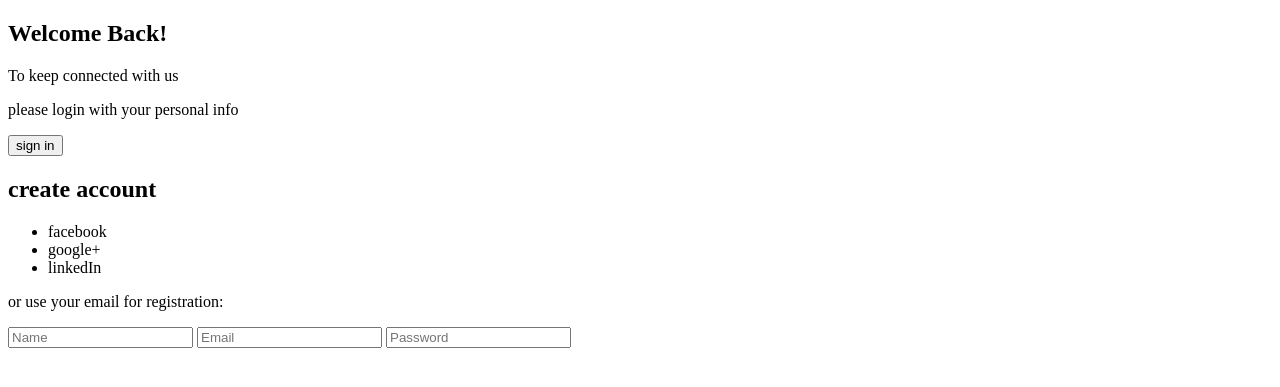
Repository: Gcodeco/ii9Telecom
Page: dist/public/login.html
An editor plug-in stored every save of this project. The page is shown before and after the next save, followed by the edit.
The browser window is 1280 px wide. The pictures show the whole page.

Above is the page before, as saved 2024-10-29 18:50:21.

After the next save:
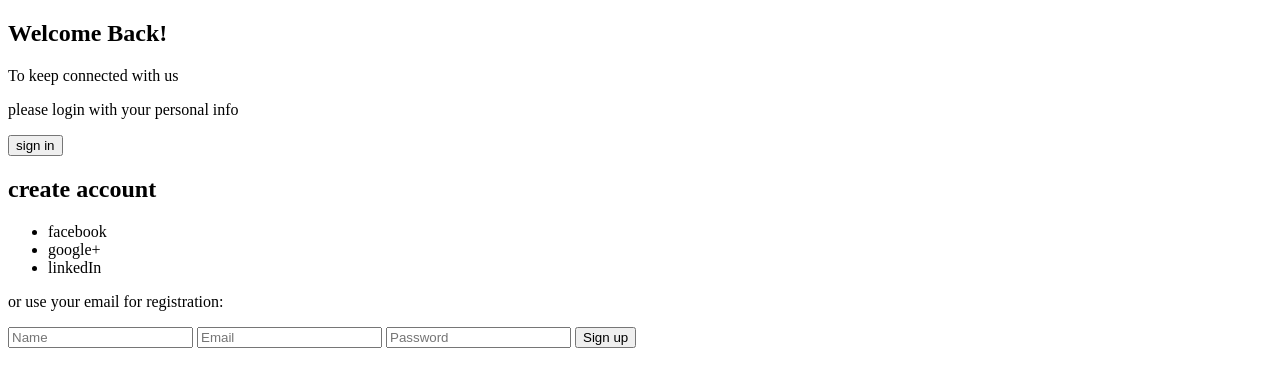
Saved 49 s later.
--- a/dist/public/login.html
+++ b/dist/public/login.html
@@ -28,6 +28,7 @@
                 <input type="text" placeholder="Name">
                 <input type="text" placeholder="Email">
                 <input type="text" placeholder="Password">
+                <button class="btn">Sign up</button>
 
             </form>
         </div>
